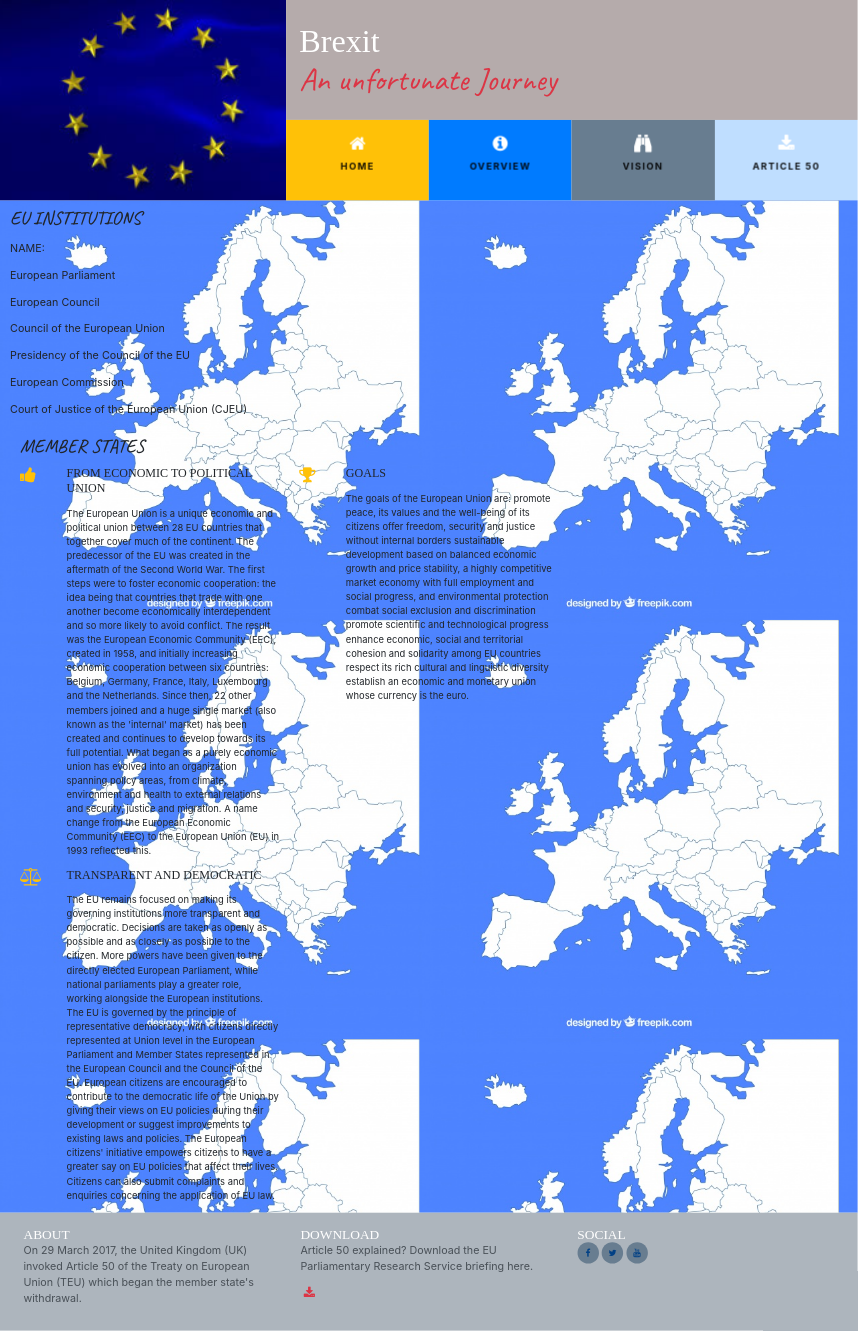
Repository: isiko1/Milestone_Project_One
Page: index.html
The author's editor kept a record of every edit. The page is drawn from the files as they stood at one moment, then again after the next edit.
The browser window is 1280 px wide. The pictures show the whole page, at 67% of full size.
Some web fonts or font styles are not loaded; a fallback is used.

Above is the page before.

After the next edit:
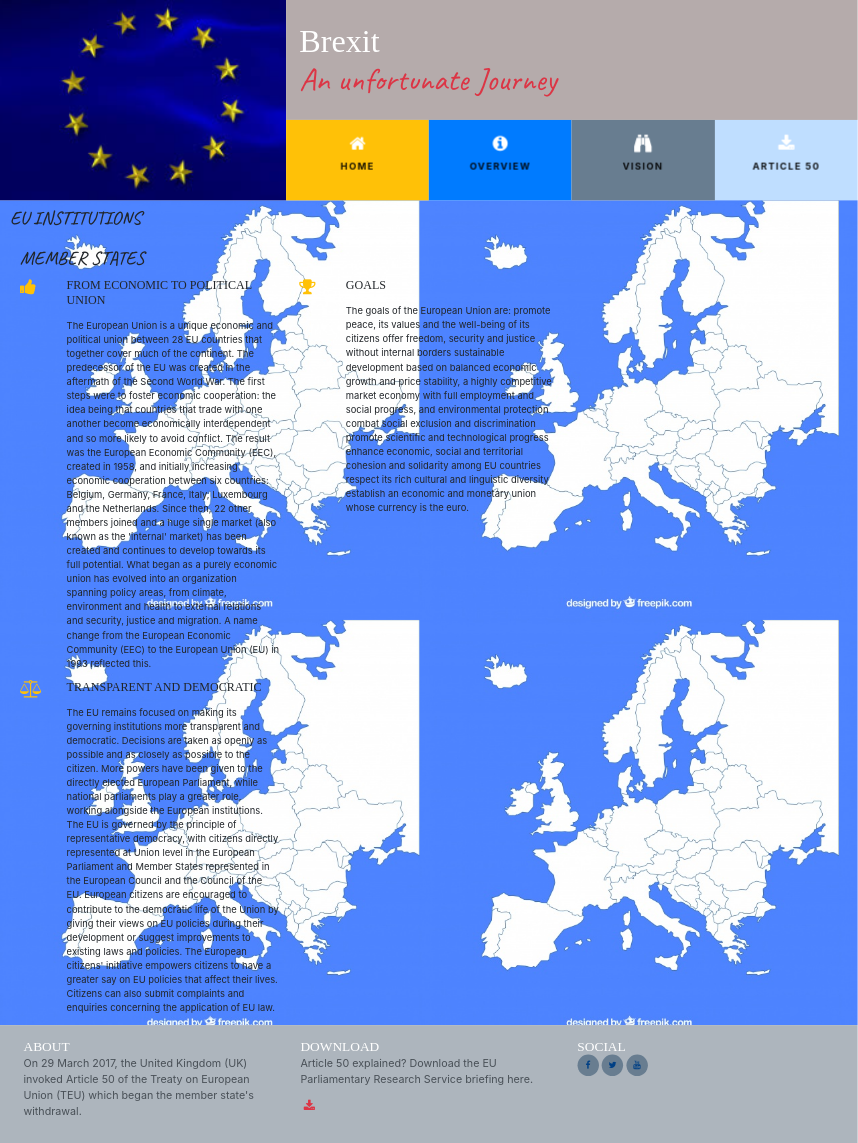
The edit:
--- a/index.html
+++ b/index.html
@@ -49,31 +49,14 @@
     </header>
     <section class="container-fluid">
         <div class="row">
-            <div class="col-md-4 bg-color-institutions section-column">
-                <div class="row">
-                    <div class="col-12">
-                        <h3 class="section-heading uppercase">EU Institutions</h3>
-                        <div class="institutions-item">
-                            <div class="key">
-                                <p class="uppercase">
-                                    Name:
-                                </p>
-                                <div class="value">
-                                    <p>European Parliament</p>
-                                    <p>European Council</p>
-                                    <p>Council of the European Union</p>
-                                    <p>Presidency of the Council of the EU</p>
-                                    <p>European Commission</p>
-                                    <p>Court of Justice of the European Union (CJEU)</p>
-                                </div>
-                            </div>
+                  <div class="col-md-4 bg-color-institutions section-column">
+                      <div class="row">
+                          <div class="col-12">
+                              <h3 class="section-heading uppercase">EU Institutions</h3>
                         </div>
-                    </div>
-                </div>
-            </div>
-        </div>
-        </div>
-
+                      </div>
+                  </div>
+              </div>
         <div class="col-md-8 bg-color-members section-column">
             <div class="row">
                 <div class="col">
